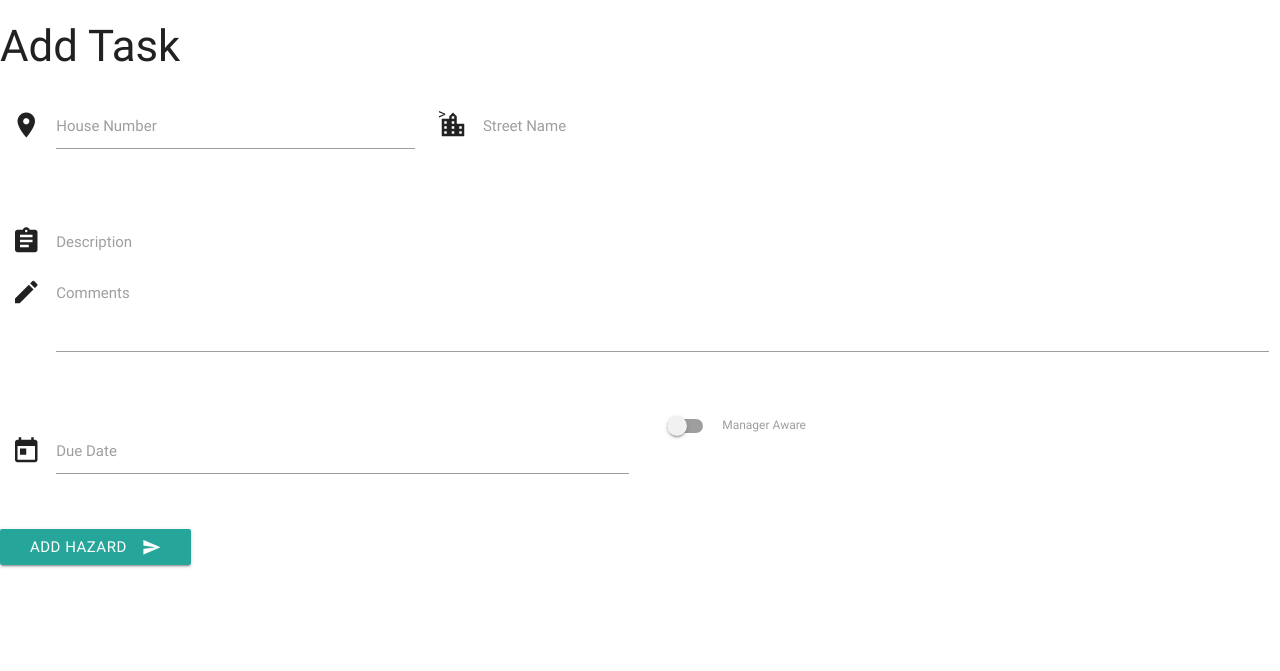
Repository: bandyp/Postal-Reminders
Page: http://localhost/add_hazard
The author's editor kept a record of every edit. The page is drawn from the files as they stood at one moment, then again after the next edit.
The browser window is 1280 px wide. The pictures show the whole page.
The page is served by the project's application, run on Flask 3 (app.py).

Above is the page before.

### templates/addhazard.html
{% extends 'base.html' %} {% block content %}
<h3>Add Task</h3>
<div class="row">
    <form action="{{ url_for('insert_hazard') }}" method="POST" class="col s12">
        <div class="row">
            <div class="input-field col s4">
                <i class="material-icons prefix">location_on</i>
                <input id="number" type="text" class="validate">
                <label for="number">House Number</label>
            </div>
            <div class="input-field col s6">
                <i class="material-icons prefix">location_city</i>
                <select id="street_name" name="street_name">
                      <option value="" disabled selected>Choose your option</option>
                      <option value="1">Milverton Gn</option>
                      <option value="2">Lemington Rd</option>
                      <option value="3">Horace Brightman Cl</option>
                      <option value="1">Lighthorn Rs</option>
                      <option value="2">Morrel Cl</option>
                      <option value="3">Quickswood</option>
                      <option value="1">Willenhall Cl</option>
                      <option value="2">Speedwell Cl</option>
                      <option value="3">Sorrell Cl</option>
                      <option value="1">Celandine Dv</option>
                      <option value="2">Lucas Gardens</option>
                      <option value="3">Freeman Av</option>
                      <option value="3">Whitehorse Vale</option>
                </select>
                <label>Street Name</label>>
            </div>
        </div>
        <div class="row">
            <div class="input-field col s12">
                <i class="material-icons prefix">assignment</i>
                <select>
                    <optgroup label="Animal">
                        <option value="1">Dog snapping at mail</option>
                        <option value="2">Loose Dog</option>
                        <option value="3">Other</option>
                    </optgroup>
                    <optgroup label="Access">
                        <option value="4">Unsafe Pathway</option>
                        <option value="5">Contruction</option>
                        <option value="6">Other</option>
                    </optgroup>
                    <optgroup label="People">
                        <option value="7">Possible criminal activity</option>
                        <option value="8">Aggressive/abusive behaviour</option>
                        <option value="9">Other</option>
                    </optgroup>
                </select>
                <label>Description</label>
            </div>

        </div>
        <div class="row">
            <div class="input-field col s12">
                <i class="material-icons prefix">mode_edit</i>
                <textarea id="comments" name="comments" class="materialize-textarea" data-length="120"></textarea>
                <label for="Comments">Comments</label>
            </div>
        </div>
        <div class="row">

            <div class="input-field col s6" id="matfix">
                <i class="material-icons prefix">today</i>
                <input id="due_date" name="due_date" type="text" class="datepicker">
                <label for="icon_prefix">Due Date</label>
            </div>

            <div class="switch col s6">
                <label>
                    <input id="management_aware" name="management_aware" type="checkbox">
                    <span class="lever"></span>
                      Manager Aware
                    </label>
            </div>
        </div>
        <div class="row">
            <button class="btn waves-effect waves-light" type="submit" name="action">Add Hazard
                <i class="material-icons right">send</i>
            </button>
        </div>
    </form>
</div>
{% endblock %}

### templates/base.html
<!doctype html>
<html lang="en">

<head>
    <!-- Required meta tags -->
    <meta charset="utf-8">
    <meta name="viewport" content="width=device-width, initial-scale=1, shrink-to-fit=no">

    <!-- Framework CSS -->
    <link href="https://fonts.googleapis.com/icon?family=Material+Icons" rel="stylesheet">
    <link rel="stylesheet" href="https://cdnjs.cloudflare.com/ajax/libs/materialize/1.00.2/css/materialize.min.css">
    <link rel="stylesheet" href="https://cdnjs.cloudflare.com/ajax/libs/materialize/0.100.2/css/materialize.css" integrity="sha256-lJMsOpLg+Hdzs297wkRxAhSlJdXcuHHyo/JoB4uI7uw=" crossorigin="anonymous" />
    <link rel="stylesheet" type="text/css" href="../templates/style.css"/>
    <title>Postal</title>
</head>

<body>
    {% block content %} {% endblock %}
    <script src="https://cdnjs.cloudflare.com/ajax/libs/jquery/3.4.1/jquery.min.js" integrity="sha256-CSXorXvZcTkaix6Yvo6HppcZGetbYMGWSFlBw8HfCJo=" crossorigin="anonymous"></script>
    <script src="https://cdnjs.cloudflare.com/ajax/libs/materialize/0.100.2/js/materialize.min.js"></script>
    <script type="text/javascipt">
  $('.dropdown-button').dropdown({
      inDuration: 300,
      outDuration: 225,
      constrainWidth: false, // Does not change width of dropdown to that of the activator
      hover: true, // Activate on hover
      gutter: 0, // Spacing from edge
      belowOrigin: false, // Displays dropdown below the button
      alignment: 'left', // Displays dropdown with edge aligned to the left of button
      stopPropagation: false // Stops event propagation
    }
  );
    </script>
</body>

</html>

### app.py
import os
from flask import Flask, render_template, redirect, request, url_for
from flask_pymongo import PyMongo
from bson.objectid import ObjectId

app = Flask(__name__)
app.config["MONGO_DBNAME"] = 'route_reminders'
app.config["MONGO_URI"] = 'mongodb+srv://bandyp:Ema1LandreW@myfirstcluster-ehsli.mongodb.net/route_reminders?retryWrites=true&w=majority'

mongo = PyMongo(app)

@app.route('/')
@app.route('/get_incidents')
def get_incidents():
    return render_template("incidents.html", incidents=mongo.db.incidents.find())

@app.route('/add_hazard')
def add_hazard():
    return render_template("addhazard.html")

@app.route('/add_access')
def add_access():
    return render_template("addaccess.html")

@app.route('/add_request')
def add_request():
    return render_template("addrequest.html")

@app.route('/goto_home')
def goto_home():
    return render_template("incidents.html")

@app.route('/see_route')
def see_route():
    return render_template("route.html")

@app.route('/insert_hazard', methods=['POST'])
def insert_hazard():
    incidents=mongo.db.incidents
    incidents.insert_one(request.form.to.dict())
    return redirect(url_for('get_incidents'))


if __name__ == '__main__':
    app.run(host=os.environ.get('IP'),
            port=int(os.environ.get('PORT')),
            debug=True)

### templates/style.css
.header {
    margin-left: 1rem;
}

After the next edit:
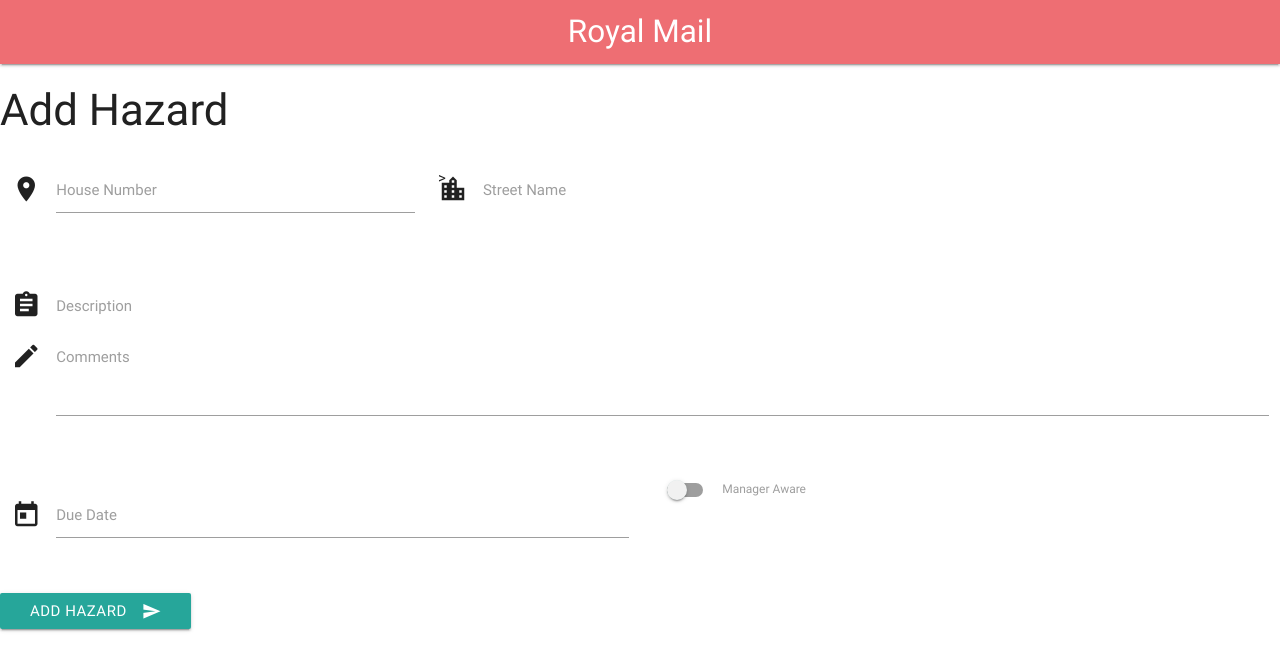
The edit:
--- a/templates/addhazard.html
+++ b/templates/addhazard.html
@@ -1,5 +1,11 @@
 {% extends 'base.html' %} {% block content %}
-<h3>Add Task</h3>
+<nav>
+  <div class="nav-wrapper">
+    <a href="{{ url_for('goto_home') }}" class="brand-logo center">Royal Mail</a>
+
+  </div>
+</nav>
+<h3>Add Hazard</h3>
 <div class="row">
     <form action="{{ url_for('insert_hazard') }}" method="POST" class="col s12">
         <div class="row">
